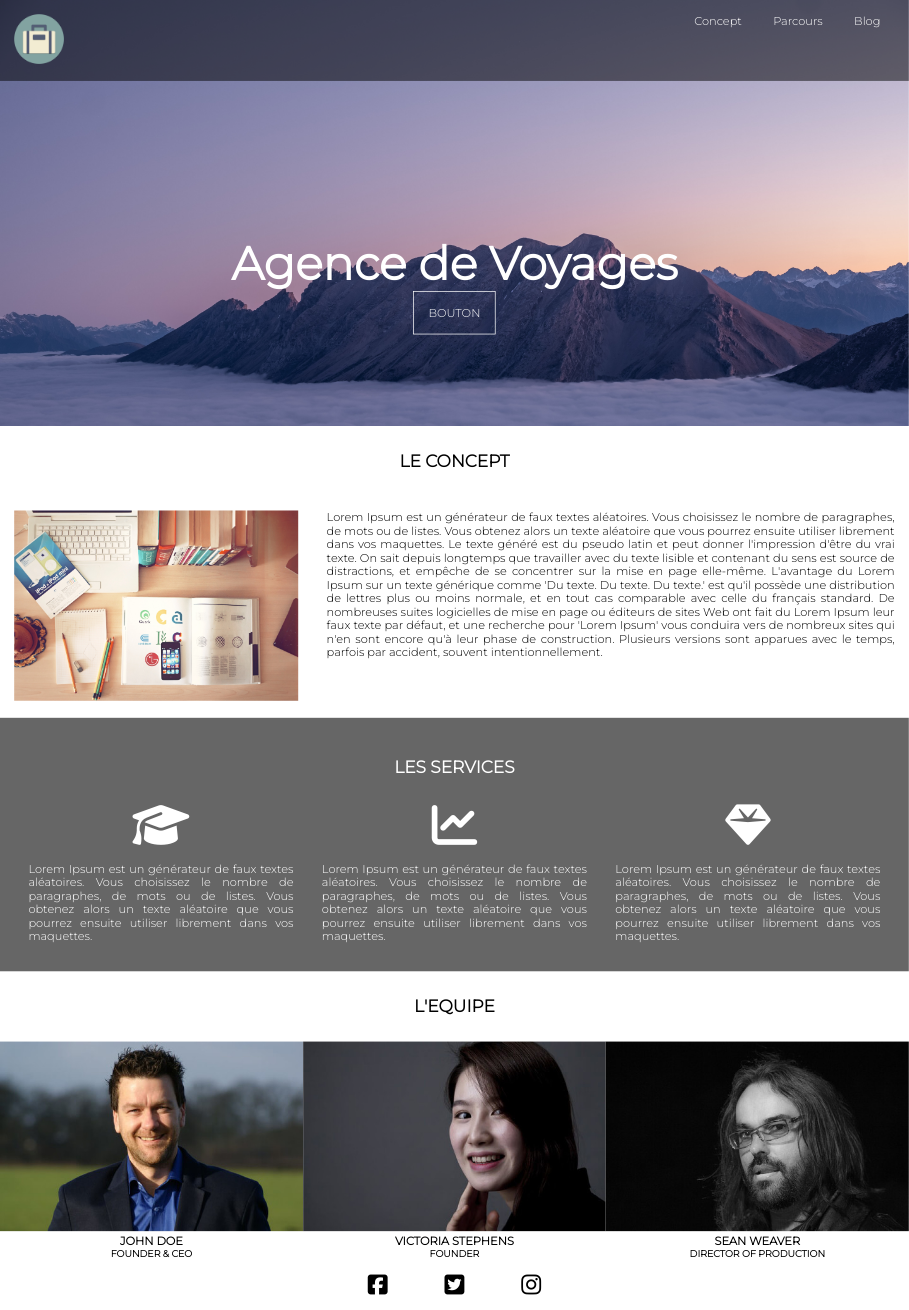
Repository: georeyff/WordPressThemes
Page: agenceVoyageInitial/index.html
The author's editor kept a copy of each file at every save. The page is drawn from the files as they stood at one save, then again after the next save.
The browser window is 1280 px wide. The pictures show the whole page, at 71% of full size.
Some web libraries are served in a nearby version.

Above is the page before, as saved 2020-11-28 14:41:21.

### agenceVoyageInitial/index.html
<!DOCTYPE html>

<html>

  <head>
    <meta name="viewport" content="width=device-width, initial-scale=1, maximum-scale=1">
    <title>Agence de voyages</title>
    <link rel="stylesheet" type="text/css" href="style.css">
    <meta charset="utf-8">
    <link rel="preconnect" href="https://fonts.gstatic.com">
<link href="https://fonts.googleapis.com/css2?family=Montserrat:wght@300&display=swap" rel="stylesheet">
  <script src="https://kit.fontawesome.com/00a3624a11.js" crossorigin="anonymous"></script>
  </head>

  <body>

    <section id="hero">

      <nav>
        <div id="logo"><img src="logo-valise.png" width="70px"></div>
        <div id="menuDesktop">
          <a href="#" target="_blank">Concept</a>
          <a href="#" target="_blank">Parcours</a>
          <a href="#" target="_blank">Blog</a>
        </div>

        <div id="menuResp">
          <img src="images/hamburger.png" alt="Responsive Menu Icon" id="hamburger" width="30px">
          <div id="menuMobile">
            <a href="#" target="_blank">Concept</a>
            <a href="#" target="_blank">Parcours</a>
            <a href="#" target="_blank">Blog</a>
          </div>
        </div>

      </nav><!--Ici, on referme la balise nav-->
      <div id="bandeau">
        <div id="contenu">
          <div class="contenu-tagline">
            <h1>Agence de Voyages</h1>
          </div>
          <div class="contenu-cta">
            <a href="#">BOUTON</a>
          </div>

        </div><!--Ici, on referme la div contenu-->
      </div><!-- Ici, on referme la div bandeau-->

    </section><!--Ici, on referme la balise section-->

    <section id="apropos-section">
        <h2>LE CONCEPT</h2>
        <div id="apropos">
          <div id="apropos_image">

            <img src="images/office.jpg" alt="bureau"/>

           </div><!-- Referme apropos_image-->
            <div id="apropos_texte">
             <p>
               Lorem Ipsum est un générateur de faux textes aléatoires. Vous choisissez le nombre de paragraphes, de mots ou de listes. Vous obtenez alors un texte aléatoire que vous pourrez ensuite utiliser librement dans vos maquettes. Le texte généré est du pseudo latin et peut donner l'impression d'être du vrai texte. On sait depuis longtemps que travailler avec du texte lisible et contenant du sens est source de distractions, et empêche de se concentrer sur la mise en page elle-même. L'avantage du Lorem Ipsum sur un texte générique comme 'Du texte. Du texte. Du texte.' est qu'il possède une distribution de lettres plus ou moins normale, et en tout cas comparable avec celle du français standard. De nombreuses suites logicielles de mise en page ou éditeurs de sites Web ont fait du Lorem Ipsum leur faux texte par défaut, et une recherche pour 'Lorem Ipsum' vous conduira vers de nombreux sites qui n'en sont encore qu'à leur phase de construction. Plusieurs versions sont apparues avec le temps, parfois par accident, souvent intentionnellement.
             </p>
           </div><!-- Referme apropos_texte -->
        </div>
    </section><!--Ici, on referme la section apropos-->

    <section id="services-section">
      <h2>LES SERVICES</h2>
      <div id="services">
        <div class="services_item">
          <i class="fas fa-graduation-cap fa-4x"></i>
          <p>
            Lorem Ipsum est un générateur de faux textes aléatoires. Vous choisissez le nombre de paragraphes, de mots ou de listes. Vous obtenez alors un texte aléatoire que vous pourrez ensuite utiliser librement dans vos maquettes.
          </p>
        </div><!-- Referme services_item -->
        <div class="services_item">
          <i class="fas fa-chart-line fa-4x"></i>
          <p>
            Lorem Ipsum est un générateur de faux textes aléatoires. Vous choisissez le nombre de paragraphes, de mots ou de listes. Vous obtenez alors un texte aléatoire que vous pourrez ensuite utiliser librement dans vos maquettes.
          </p>
        </div><!-- Referme services_item -->
        <div class="services_item">
          <i class="fas fa-gem fa-4x"></i>
          <p>
            Lorem Ipsum est un générateur de faux textes aléatoires. Vous choisissez le nombre de paragraphes, de mots ou de listes. Vous obtenez alors un texte aléatoire que vous pourrez ensuite utiliser librement dans vos maquettes.
        </div><!-- Referme services_item -->
      </div>
    </section><!--Ici, on referme la section services-->

    <section id="team-section">
      <h2>L'EQUIPE</h2>
      <div id="team">
        <div class="team_item">
          <img src="team1.jpg">
          <h4>JOHN DOE</h4>
          <h5>FOUNDER & CEO</h5>
        </div><!-- Referme services_item -->
        <div class="team_item">
          <img src="team2.jpg">
          <h4>VICTORIA STEPHENS</h4>
          <h5>FOUNDER</h5>
        </div><!-- Referme services_item -->
        <div class="team_item">
          <img src="team3.jpg">
          <h4>SEAN WEAVER</h4>
          <h5>DIRECTOR OF PRODUCTION</h5>
        </div><!-- Referme services_item -->
      </div>

    </section><!--Ici, on referme la section services-->

    <section id="form">
      <!--  ici le formulaire par widget -->
    </section>

    <footer>
      <div class="social">
        <a href="http://facebook.fr" target="_blank"><i class="fab fa-facebook-square fa-2x"></i></a>
      </div>
       <div class="social">
        <a href="http://twitter.fr" target="_blank"><i class="fab fa-twitter-square fa-2x"></i></a>
      </div>
      <div class="social">
        <a href="http://instagram.fr" target="_blank"><i class="fab fa-instagram fa-2x"></i></a>
      </div>
    </footer><!--Ici, on referme la balise footer-->


    <script src="js/script.js"></script>
  </body>

</html>

### agenceVoyageInitial/style.css
*{
  margin:0;
  padding:0;
}

html{
  font-family: 'Montserrat', sans-serif;
  font-size: 16px;
}

h1{
  color: white;
  font-size: 65px;
}
h2{
  text-align: center;
  padding: 35px;
}
h3{
  color: black;
}
a{
  color: white;
  text-decoration: none;
  padding : 20px;
}
/*HERO SECTION*/
#hero{
  background: url('images/bg.jpg');
  background-repeat: no-repeat;
  background-size: cover;
  height: 600px;
  position: relative;
}
nav{
  background-color: rgba(0,0,0,0.5);
  text-align: center;
  padding: 20px;
  display: flex;
  justify-content: space-between;
}
#menu{
 padding-top: 2%;
}
#menuResp{
  display: none;
}
/* #menuMobile{
  display: none;
} */

#bandeau{
  margin-top: 17%;
}
#contenu{
  text-align: center;
}
#contenu a{
  color : rgb(255, 255, 255);
  border : 1px solid rgb(255, 255, 255);
  padding: 20px;
}
#contenu a:hover{
  border : 3px solid white;
}
.contenu-cta{
  margin-top: 20px;
}
#apropos{
  background-color: white;
  display: flex;
}

#apropos_image{
  padding: 20px;
  flex: 1;
}

#apropos_texte{
  padding: 20px;
  flex: 2;
  text-align: justify;
}

#apropos_image img{
  flex:1;
  max-width: 100%;/*L'image prend au maximum la largeur de son contenant, soit 100% de 1/3*/
}
#services-section{
  background-color: #666;
  color: white;
  padding : 20px;
  text-align: center;
}
#services{
  display : flex;

}
.services_item p{
  text-align: justify;
  padding: 20px;
}
#team{
  display : flex;
  text-align: center;
}
.team_item{
  flex: 1;
}
.team_item img{
  width: 100%;
}
.team_item p{
  text-align: justify;
  padding: 20px;
}
footer{
  display: flex;
  justify-content: center;
}

footer a{
  color: black;
}

footer a:hover{
  color: #e74c3c;
}

.social{
  padding: 20px;
}


@media screen and (max-width: 500px){
  .contenu-cta {
    margin-top: 36px;
}
  #menuDesktop {
  display: none;
}
#menuResp{
  display: block;
}
#hamburger{
  display: block;
}
#menuMobile{
  display: none;
}
  #apropos, #services, #team{
   flex-direction: column;
  }/*Ici, on referme la déclaration #apropos*/
  .team_item {
    margin-bottom: 6%;
}

}/*Ici, on referme la media query*/

### agenceVoyageInitial/js/script.js
console.log('test')
// Je récupère le hamburger
var hamburger = document.getElementById('hamburger');
console.log(hamburger, "ham")
// Je cible la DIV à afficher
var menuMobile = document.getElementById('menuMobile');
console.log(menuResp)

// J'ajoute un listener + une action
hamburger.addEventListener('click', function(){
	if (menuMobile.style.display == 'block'){
	menuMobile.style.display = 'none';
	}else{
	menuMobile.style.display = 'block';
	}
})

After the next save:
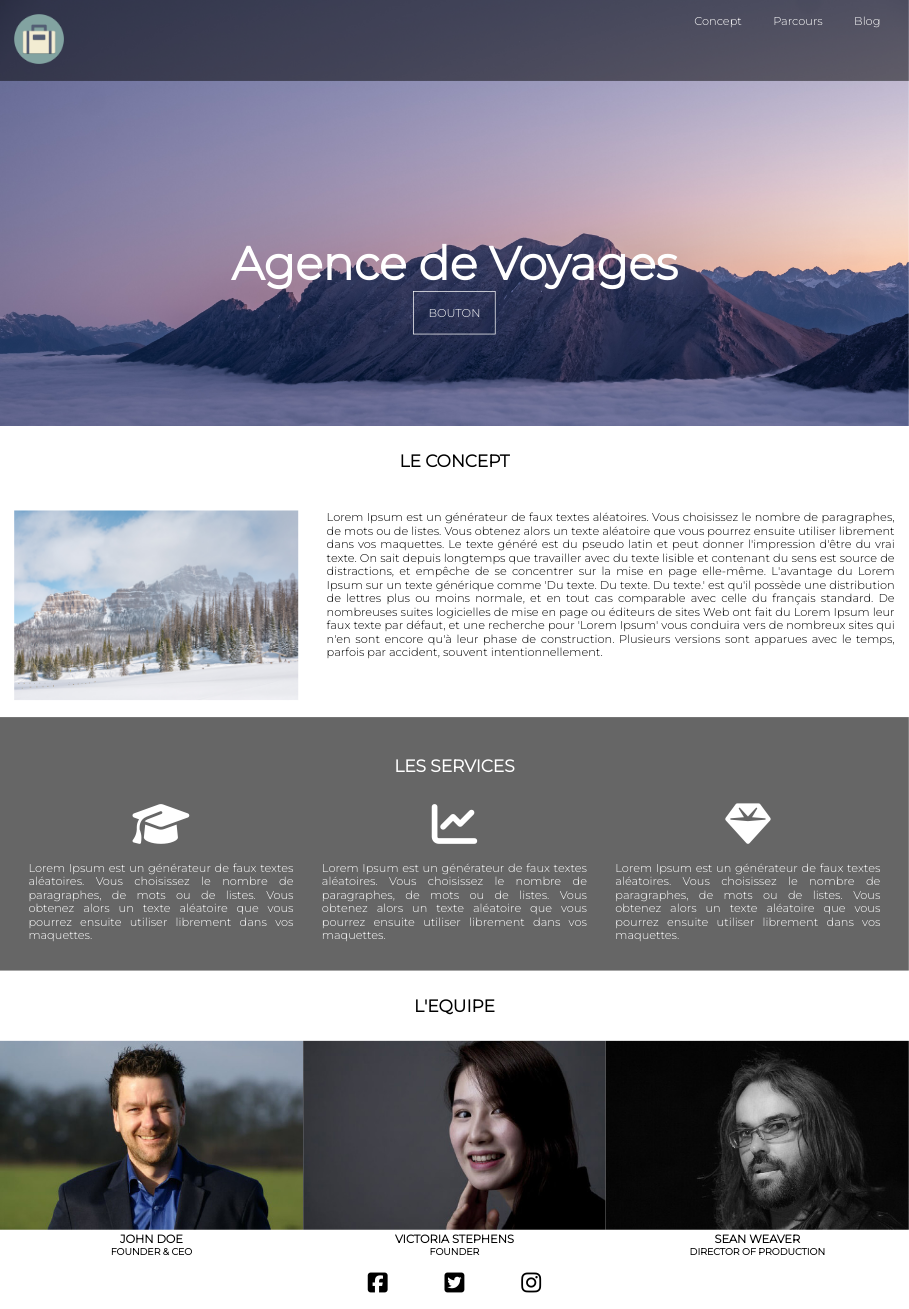
Saved 10 min 44 s later.
--- a/agenceVoyageInitial/index.html
+++ b/agenceVoyageInitial/index.html
@@ -53,7 +53,7 @@
         <div id="apropos">
           <div id="apropos_image">
 
-            <img src="images/office.jpg" alt="bureau"/>
+            <img src="images/img-bg-2.jpg" alt="bureau"/>
 
            </div><!-- Referme apropos_image-->
             <div id="apropos_texte">
